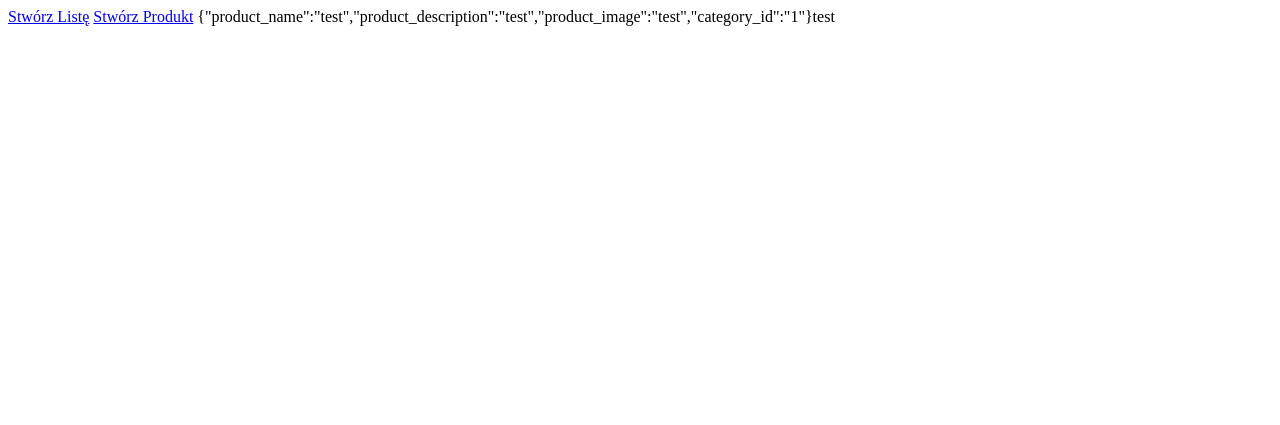
Repository: alphatra/Task-menager
Page: http://localhost/php/src/views/createProduct.php
These files come from the project's save history. The page is drawn as it stood at one moment and after the next save; the edit follows.
The browser window is 1280 px wide. The pictures show the whole page.
The page is run by PHP 8.4 with error messages shown; the project is at /var/www/html/.

Above is the page before, as saved 2023-02-05 23:31:11.

After the next save:
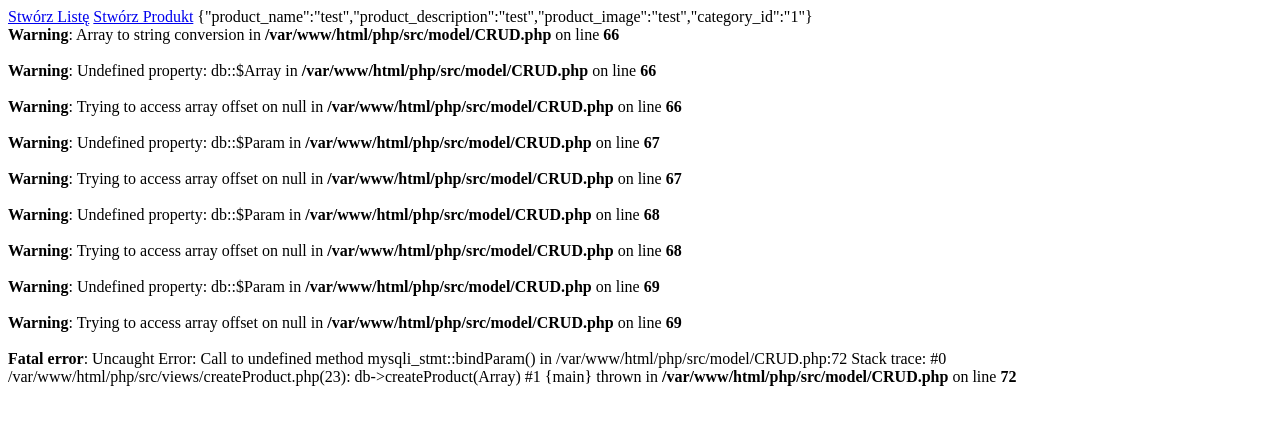
Saved 46 s later.
--- a/php/src/views/createProduct.php
+++ b/php/src/views/createProduct.php
@@ -20,5 +20,5 @@ $produkt = $produkt->returnObject();
 echo $produkt;
 
 $parameters = $db->fetchData($produkt);
-echo $parameters[0];
+echo $db->createProduct($parameters);
 ?>
